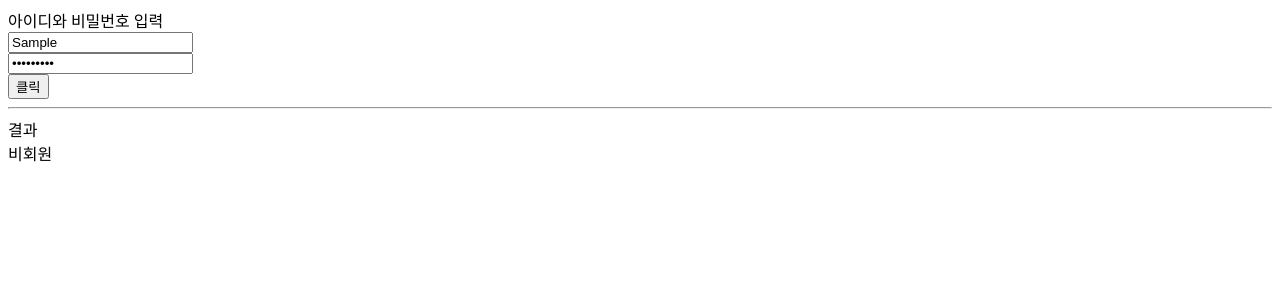
Repository: Tak-kuen/18-2
Page: http://localhost/studyjsp/ajax/ex07-1.jsp
These files come from the project's save history. The page is drawn as it stood at one moment and after the next save; the edit follows.
The browser window is 1280 px wide. The pictures show the whole page.
Empty fields were first filled with sample values (such as "Sample", 5 or name@example.com).
After loading, the first visible `#b1` was clicked once.
The page is served by Tomcat 9. Queries for data that is not in the repository find no rows.

Above is the page before, as saved 2018-10-25 02:39:09.

After the next save:
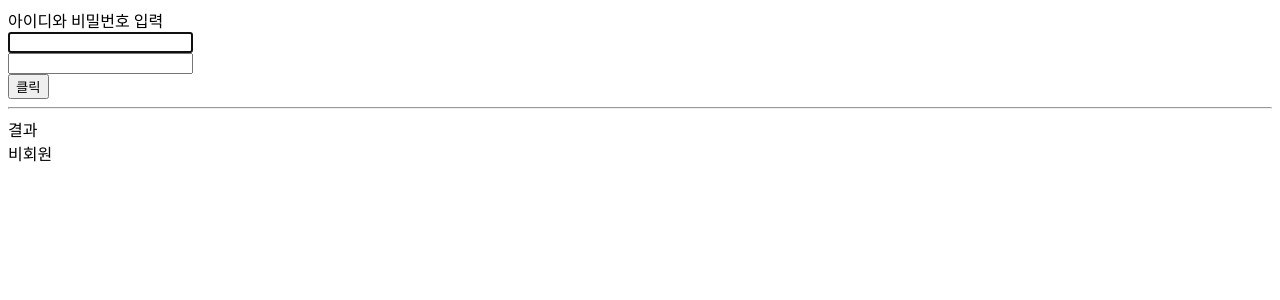
Saved 11 min 45 s later.
--- a/code/studyjsp/WebContent/ajax/ex07-1.jsp
+++ b/code/studyjsp/WebContent/ajax/ex07-1.jsp
@@ -19,8 +19,13 @@
 						$("#result").text("로그인성공");
 					} else if(data==0) {
 						$("#result").text("비번틀림");
+						$("#password").val("");
+						$("#password").focus();
 					} else if(data==-1) {
 						$("#result").text("비회원");
+						$("#userid").val("")
+						$("#password").val("");
+						$("#userid").focus();
 					}//else-if
 				}//success
 			});//ajax
